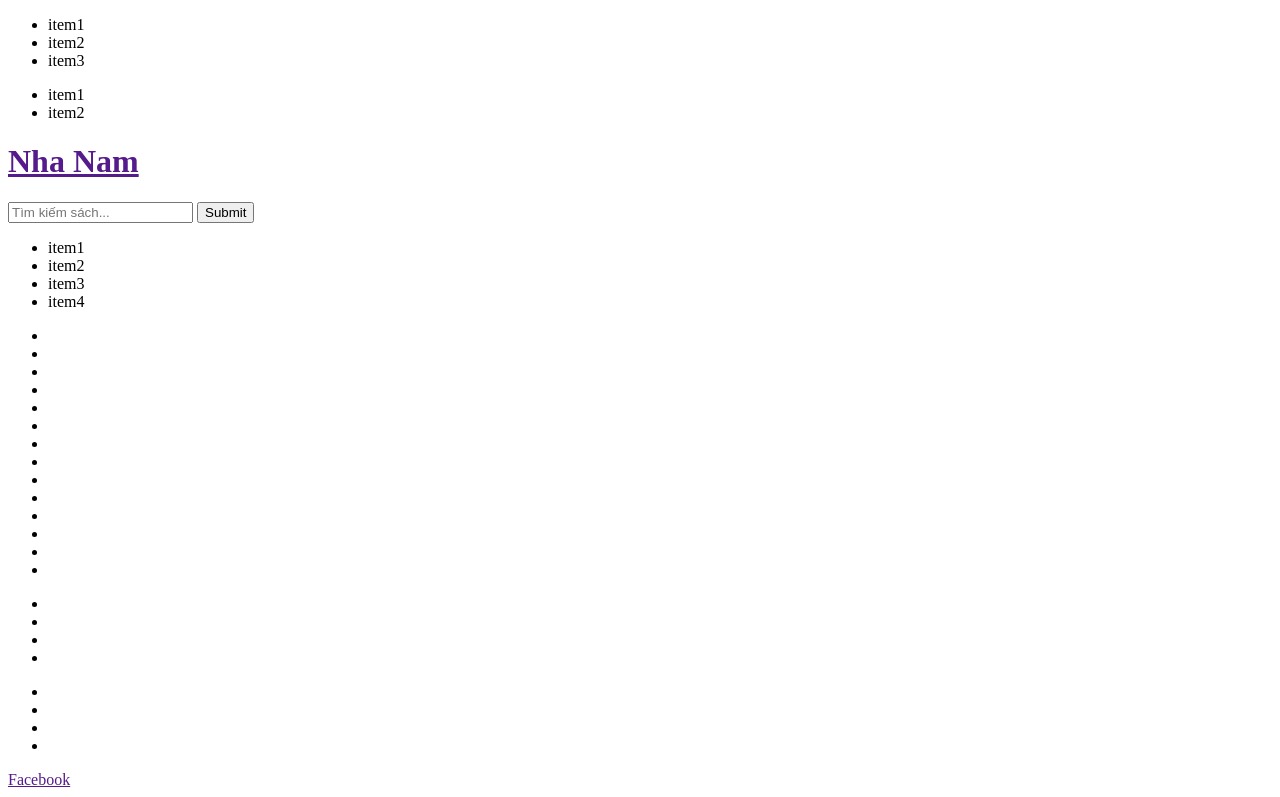
Repository: Kienroro2003/A0921I1_NgyenTranKien
Page: Module6/sprint2/index.html
These files come from the project's save history. The page is drawn as it stood at one moment and after a run of saves; the edit follows.
The browser window is 1280 px wide. The pictures show the whole page.

Above is the page before, as saved 2022-08-26 16:43:20.

After the next 2 saves:
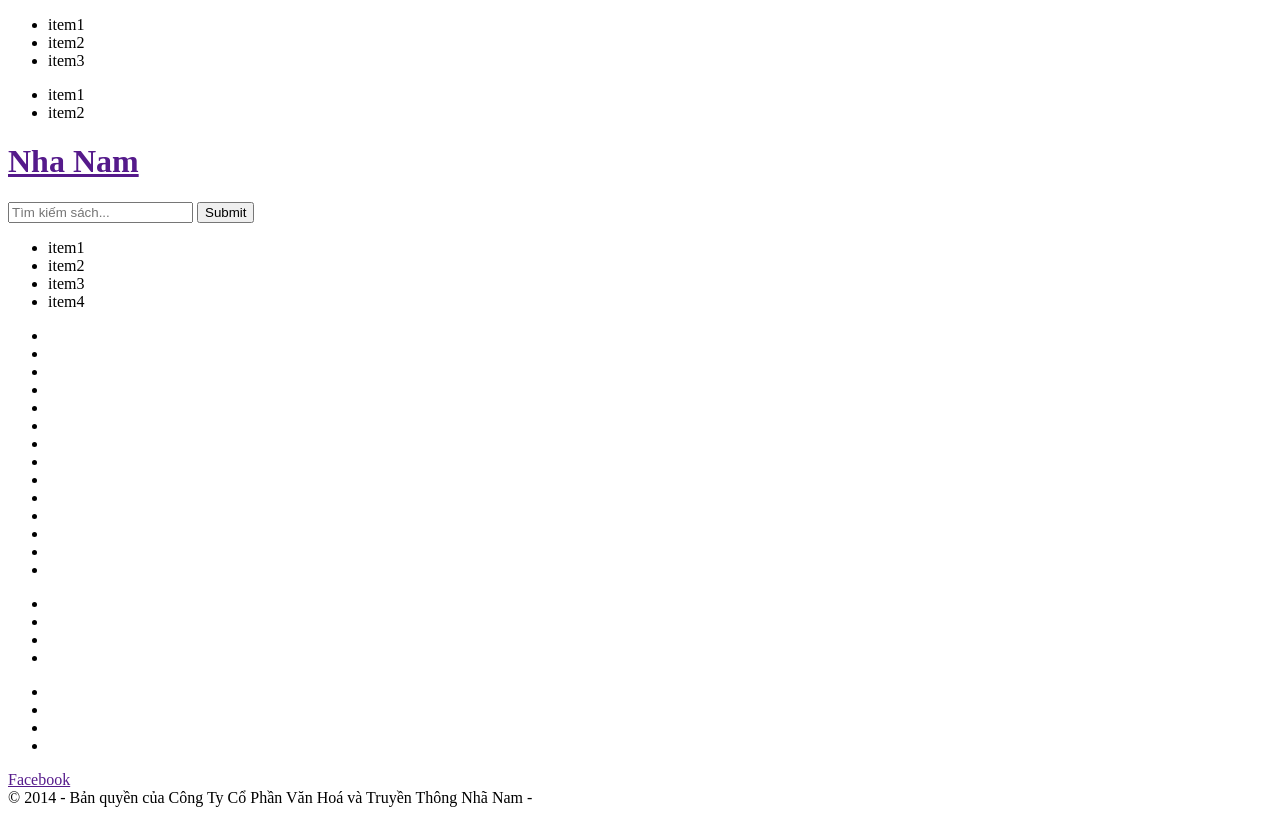
The 2 saves are shown as one change because they came seconds apart.
The last was saved 31 s later.
--- a/Module6/sprint2/index.html
+++ b/Module6/sprint2/index.html
@@ -222,7 +222,7 @@
             </div>
             <div class="copyright">
                 <div class="wrapper">
-
+        © 2014 - Bản quyền của Công Ty Cổ Phần Văn Hoá và Truyền Thông Nhã Nam -
                 </div>
             </div>
         </div>
